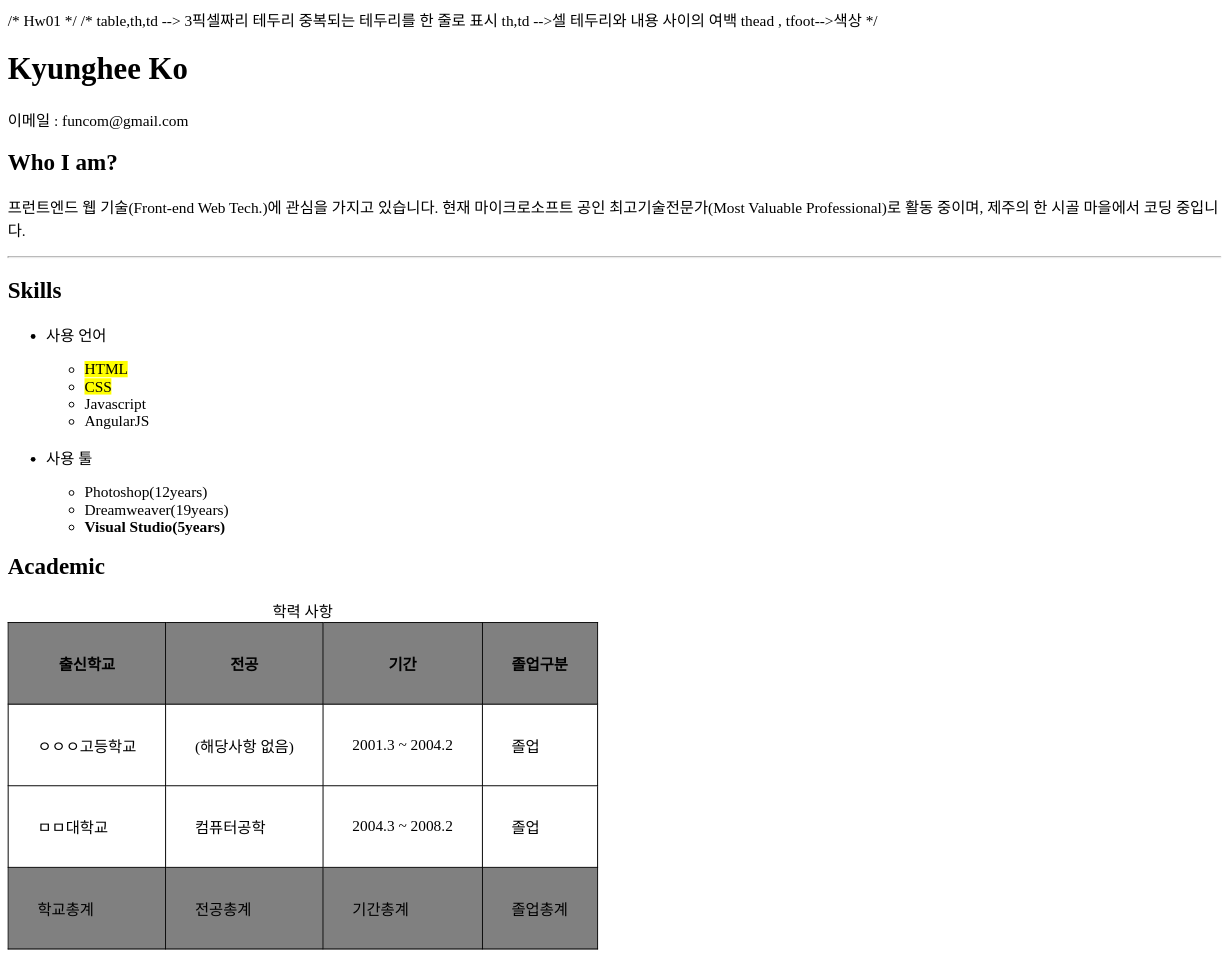
Repository: seulhwangbo/SeulJSP
Page: jspSrc17/webStandard01/src/main/webapp/02/resume.html
These files come from the project's save history. The page is drawn as it stood at one moment and after the next save; the edit follows.
The browser window is 1280 px wide. The pictures show the whole page, at 96% of full size.

Above is the page before, as saved 2024-06-13 07:55:09.

### jspSrc17/webStandard01/src/main/webapp/02/resume.html
<!DOCTYPE html>
<html>
/* Hw01 */
/*
table,th,td --> 3픽셀짜리 테두리
                중복되는 테두리를 한 줄로 표시
th,td -->셀 테두리와 내용 사이의 여백
thead , tfoot-->색상
*/
<head>
<meta charset="UTF-8">
<title>Insert title here</title>
<style type="text/css">
table, th, td {
	border: 1px solid black;
	border-collapse: collapse;
}

th, td {
	padding: 30px;
	border-collapse: collapse;

}

thead, tfoot {
	background-color: gray;
}
</style>
</head>
<body>
	<h1>Kyunghee Ko</h1>
	<p>이메일 : funcom@gmail.com</p>
	<h2>Who I am?</h2>
	<p>프런트엔드 웹 기술(Front-end Web Tech.)에 관심을 가지고 있습니다. 현재 마이크로소프트 공인
		최고기술전문가(Most Valuable Professional)로 활동 중이며, 제주의 한 시골 마을에서 코딩 중입니다.</p>
	<hr>
	<h2>Skills</h2>
	<ul>
		<li>
			<p>사용 언어</p>
			<ul>
				<li><mark>HTML</mark></li>
				<li><mark>CSS</mark></li>
				<li>Javascript</li>
				<li>AngularJS</li>
			</ul>
		</li>
		<li>
			<p>사용 툴</p>
			<ul>
				<li>Photoshop(12years)</li>
				<li>Dreamweaver(19years)</li>
				<li><b>Visual Studio(5years)</b></li>
			</ul>
		</li>
	</ul>

	<table border="1">
		<h2>Academic</h2>
		<caption>학력 사항</caption>
		<thead>
			<tr>
				<th>출신학교</th>
				<th>전공</th>
				<th>기간</th>
				<th>졸업구분</th>
			</tr>
		</thead>
		<tr>
			<td>ㅇㅇㅇ고등학교</td>
			<td>(해당사항 없음)</td>
			<td>2001.3 ~ 2004.2</td>
			<td>졸업</td>
		</tr>
		<tr>
			<td>ㅁㅁ대학교</td>
			<td>컴퓨터공학</td>
			<td>2004.3 ~ 2008.2</td>
			<td>졸업</td>
		<tfoot>
			<tr>
				<td>학교총계</td>
				<td>전공총계</td>
				<td>기간총계</td>
				<td>졸업총계</td>
			</tr>
		</tfoot>
	</table>
</body>
</html>

After the next save:
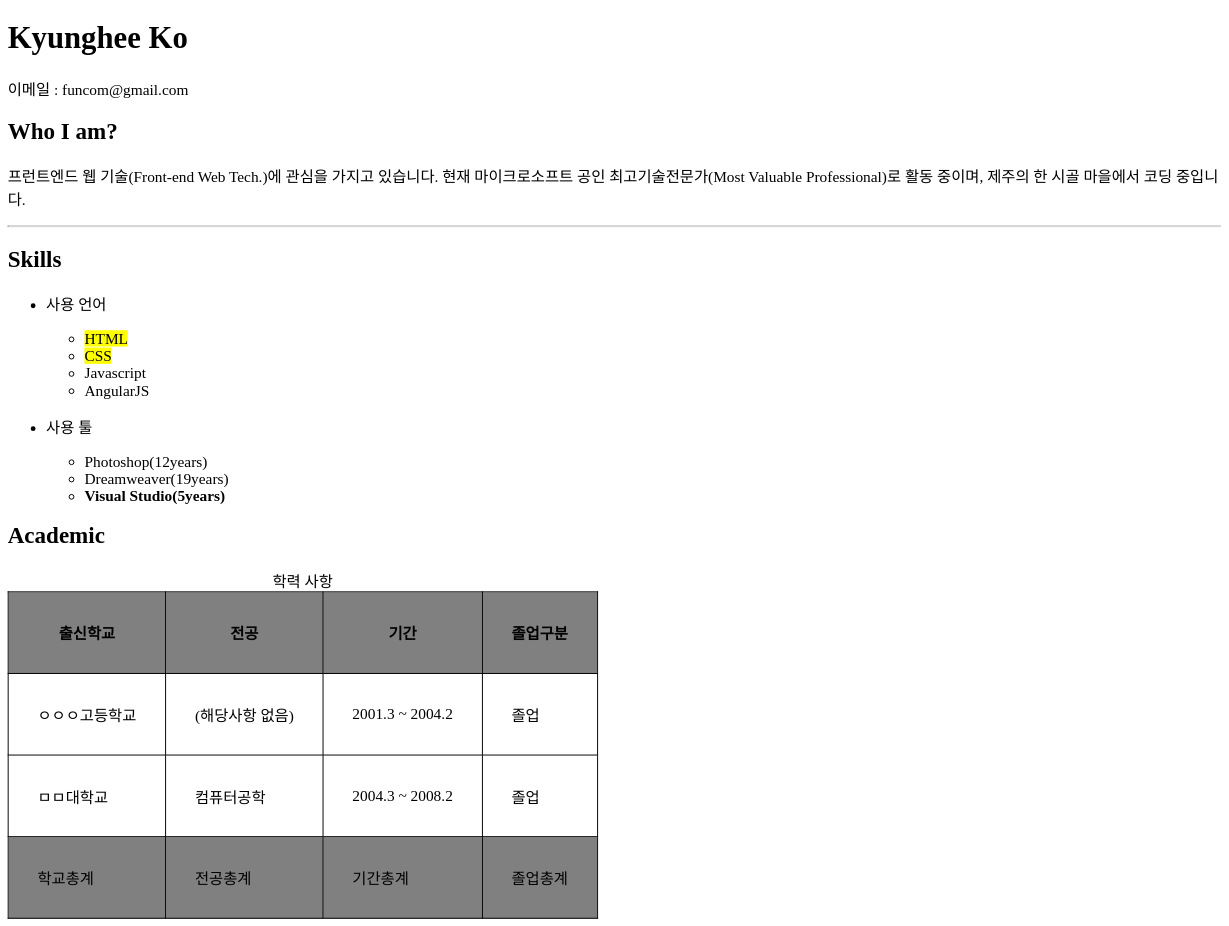
Saved 23 s later.
--- a/jspSrc17/webStandard01/src/main/webapp/02/resume.html
+++ b/jspSrc17/webStandard01/src/main/webapp/02/resume.html
@@ -1,12 +1,6 @@
 <!DOCTYPE html>
 <html>
-/* Hw01 */
-/*
-table,th,td --> 3픽셀짜리 테두리
-                중복되는 테두리를 한 줄로 표시
-th,td -->셀 테두리와 내용 사이의 여백
-thead , tfoot-->색상
-*/
+
 <head>
 <meta charset="UTF-8">
 <title>Insert title here</title>
